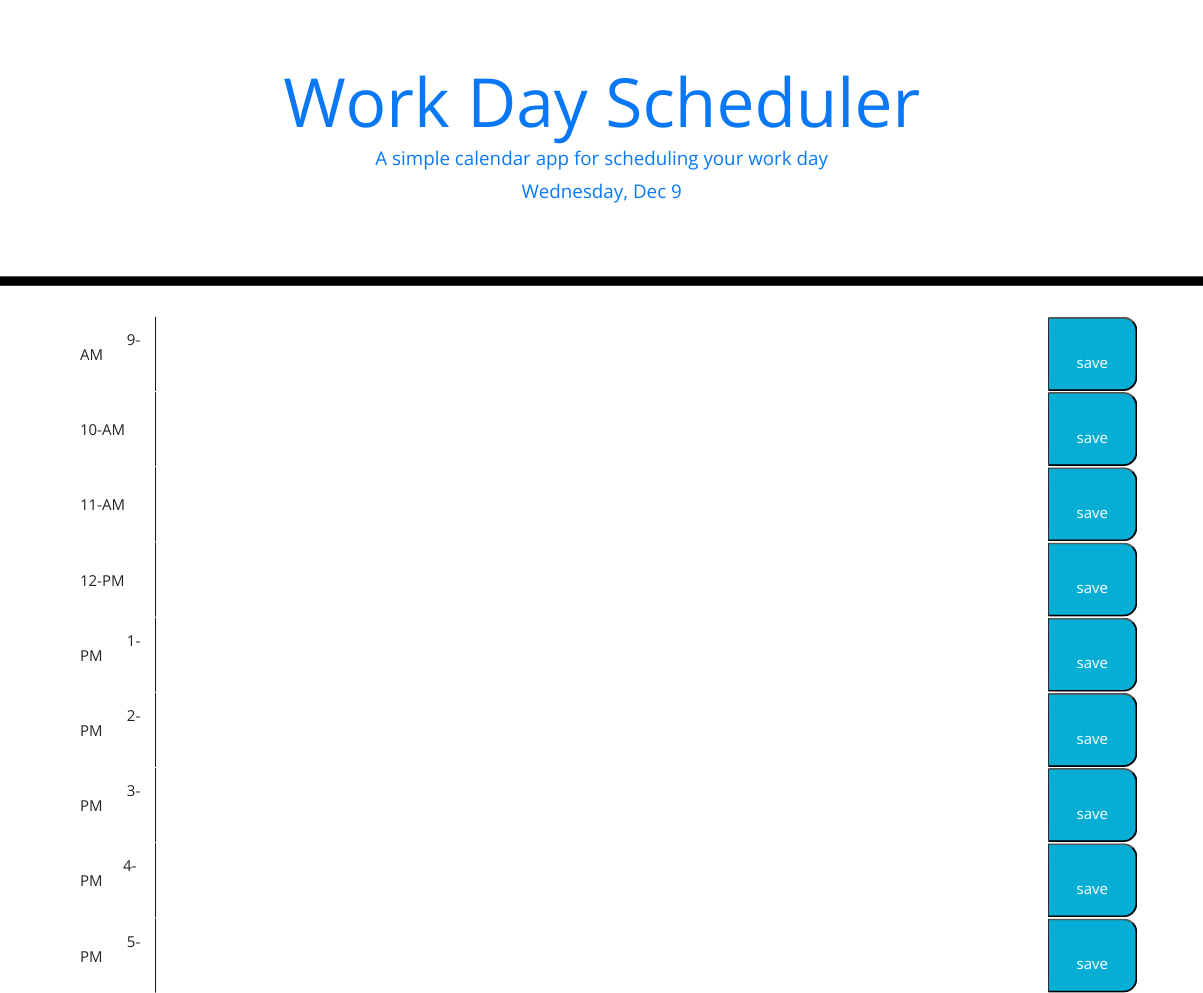
Repository: Mf948/DailyPlannerJS
Page: Develop/index.html
These files come from the project's save history. The page is drawn as it stood at one moment and after a run of saves; the edit follows.
The browser window is 1280 px wide. The pictures show the whole page, at 94% of full size.
Some web libraries are served in a nearby version.

Above is the page before, as saved 2020-12-09 17:19:22.

After the next 3 saves:
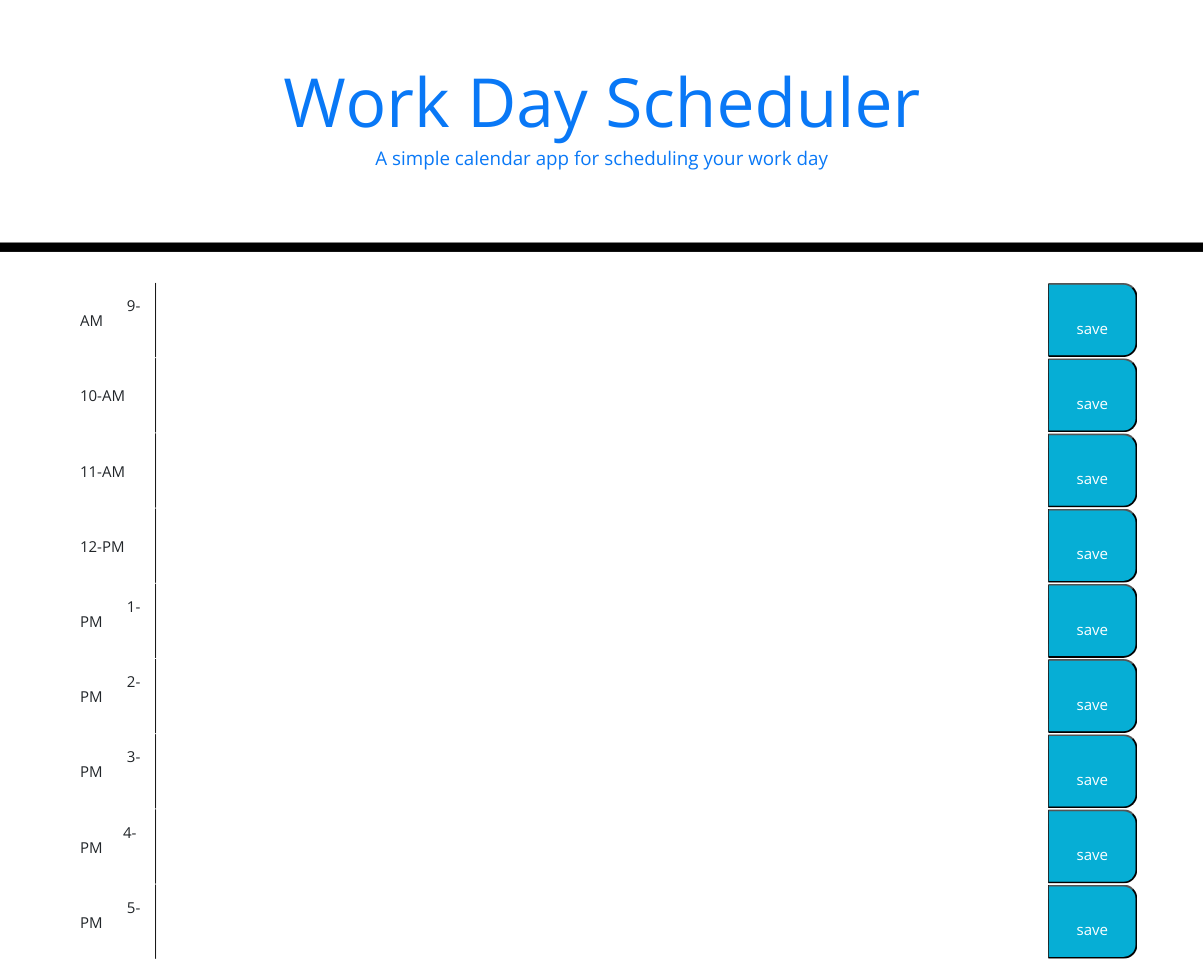
Console error: SyntaxError: Unexpected token '.'
The 3 saves are shown as one change because they came seconds apart.
The last was saved 35 s later.
--- a/Develop/script.js
+++ b/Develop/script.js
@@ -7,7 +7,7 @@
     function time (){
         var dayjshour = dayjs().format("h")
         if (dayjshour < 5 ) {
-
+            .past
         }
     }
 

After the 3 saves that followed:
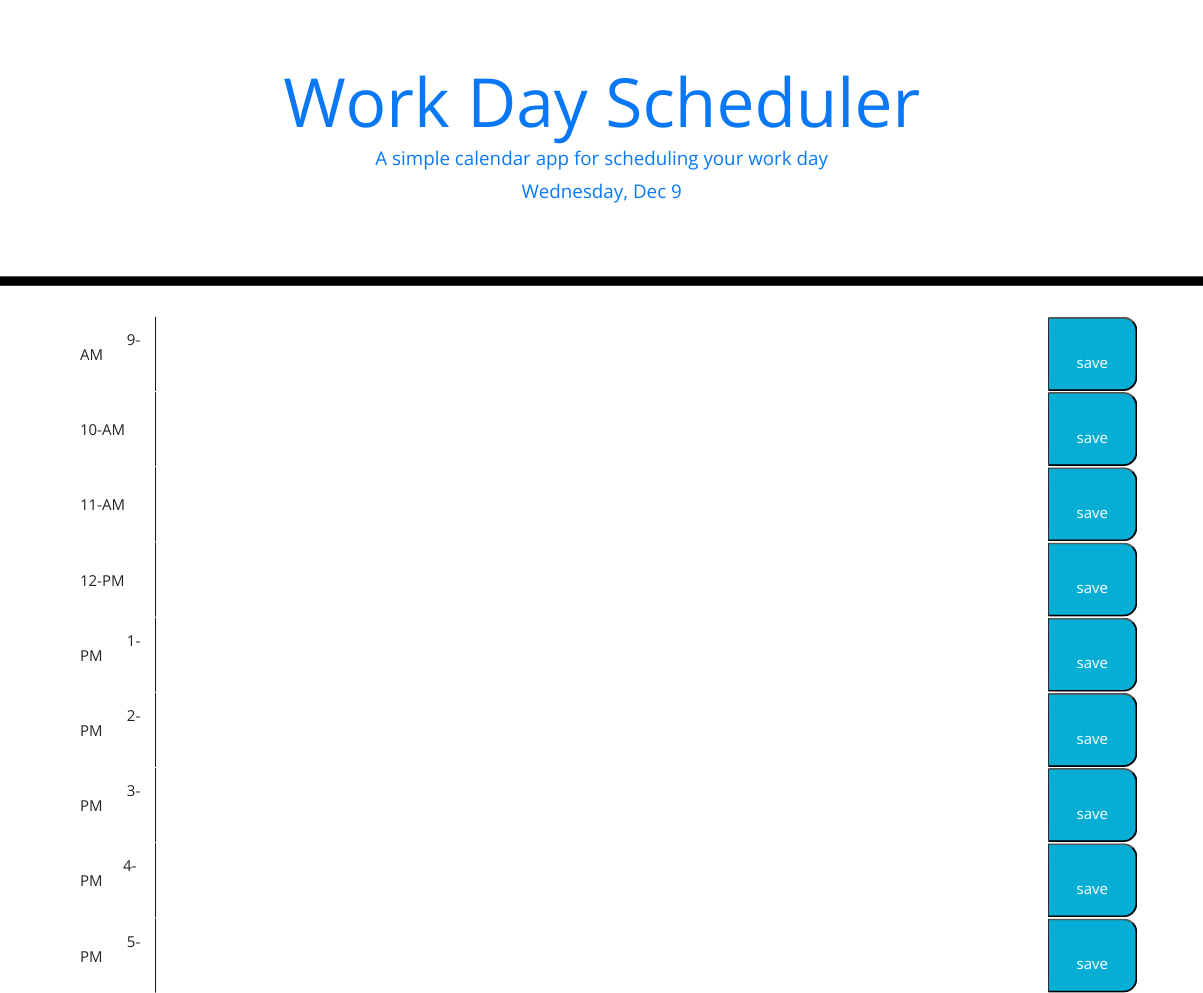
The error is gone.
The 3 saves are shown as one change because 2 left the picture as it was.
The last was saved 20 s later.
--- a/Develop/script.js
+++ b/Develop/script.js
@@ -7,7 +7,7 @@
     function time (){
         var dayjshour = dayjs().format("h")
         if (dayjshour < 5 ) {
-            .past
+
         }
     }
 
